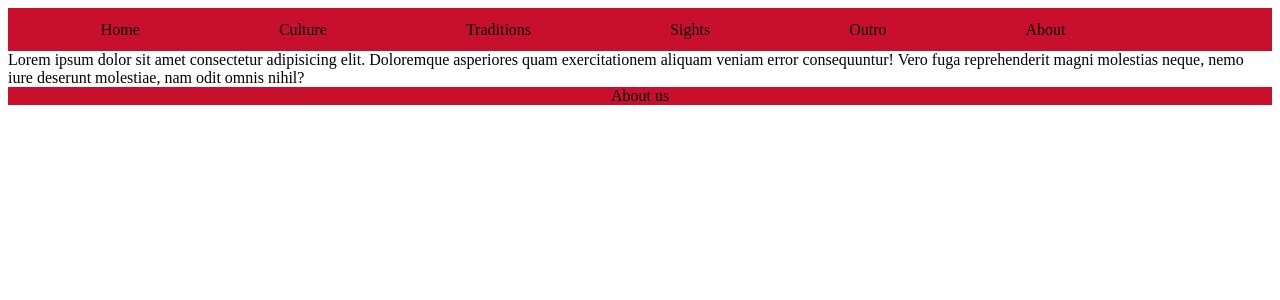
Repository: Cornman63/The-netherlands
Page: index.html
An editor plug-in stored every save of this project. The page is shown before and after the next save, followed by the edit.
The browser window is 1280 px wide. The pictures show the whole page.

Above is the page before, as saved 2023-05-16 10:46:22.

After the next save:
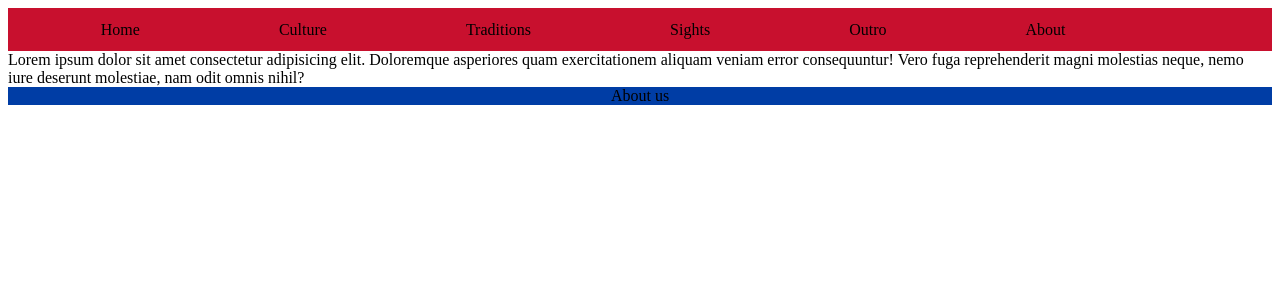
Saved 11 s later.
--- a/style.css
+++ b/style.css
@@ -6,7 +6,7 @@
     background-color:#C8102E;
 }
 .bottom{
-    background-color: #C8102E;
+    background-color: #003DA5;
 }
 .site {
     display: flex;
